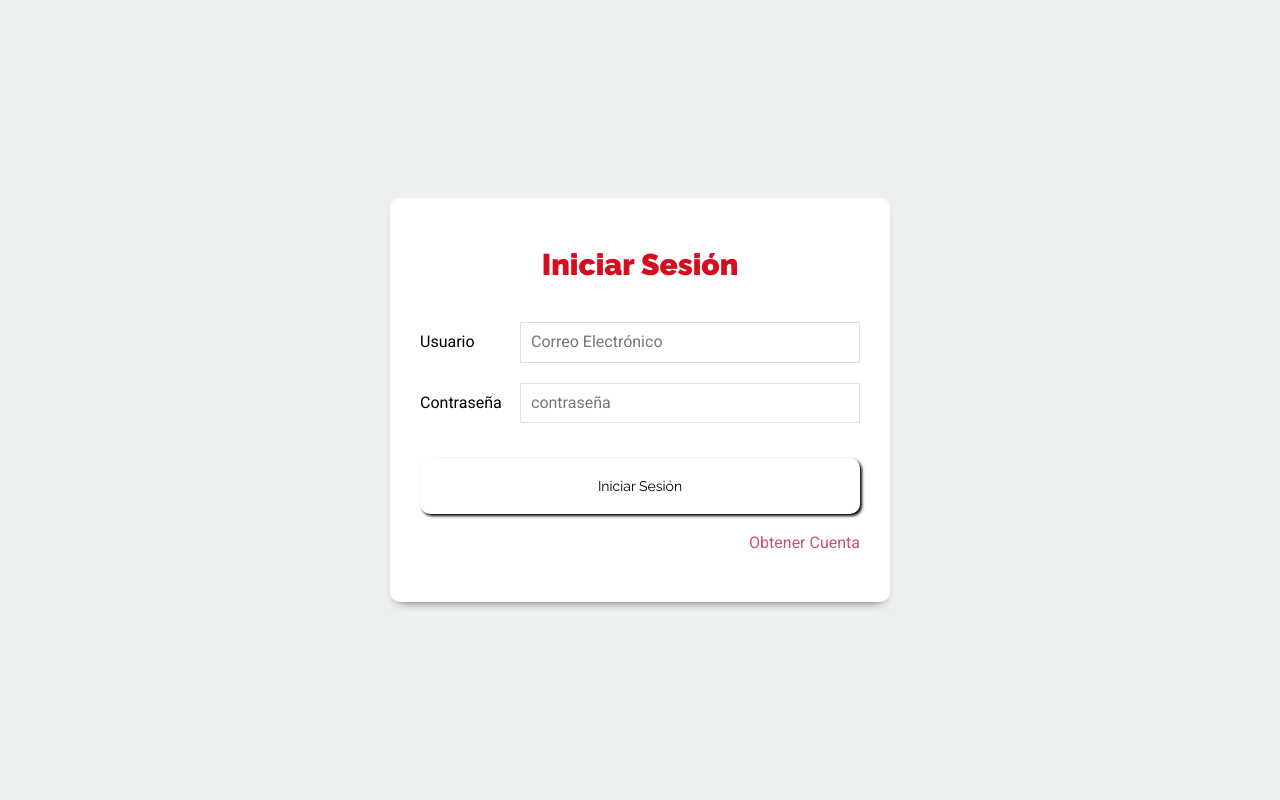
Repository: andrescovarrubias/admin-proyectos
Page: / (app in cliente/)
These files come from the project's save history. The page is drawn as it stood at one moment and after the next save; the edit follows.
The browser window is 1280 px wide. The pictures show the whole page.
The project was rebuilt for these pictures with package versions that can differ from the ones it lists, and the page was loaded fresh each time. Also part of the build but not shown: cliente/src/components/auth/NuevaCuenta.jsx, cliente/src/components/proyectos/NuevoProyecto.jsx, cliente/src/components/layout/SideBar.jsx, cliente/src/components/proyectos/Proyectos.jsx.

Above is the page before, as saved 2020-10-31 17:47:36.

### cliente/src/index.css
:root {
  --blanco: #ffffff;
  --blanco2: #fcf7ff;
  --blanco3: #ecf0f1;
  --azul1: #258ea6;
  --morado1: #4d376d;
  --morado2: #861657;
  --azul2: #1b065e;
  --azul3: #2e4052;
  --rojo: #d60d1e;
  --rojo2: #b8082c;
  --rojo3: #b91a2f;
  --headingFont: "Raleway", sans-serif;
  --textFont: "Roboto", sans-serif;
}
*,
*:before,
*:after {
  box-sizing: inherit;
}
html {
  box-sizing: border-box;
  height: 100%;
  font-size: 62.5%;
}
body {
  min-height: 100%;
  background-color: #ecf0f1;
  font-size: 16px;
  font-size: 1.6rem;
  font-family: var(--textFont);
}

h1,
h2 {
  font-family: var(--headingFont);
  font-weight: 900;
  margin: 0 0 4rem 0;
  text-align: center;
  color: var(--rojo);
}
h1 span {
  font-weight: 400;
}
h1 {
  font-size: 3rem;
}
h2 {
  font-size: 2.4rem;
}
ul {
  list-style: none;
  padding: 0;
  margin: 0;
}
a {
  text-decoration: none;
  color: var(--gris2);
}

/** BOTONES **/
.btn {
  margin-top: 2vh;
  font-family: var(--headingFont);
  padding: 20px;
  font-size: 14px;
  /* font-weight: bold; */
  border-radius: 10px;
  border: none;
  box-shadow: 2px 2px 3px 0px black;
  transition: background-color 0.3s ease;
}
.btn:hover {
  cursor: pointer;
}
.btn-primario {
  background-color: var(--blanco);
  color: black;
}
.btn-primario:hover {
  background: rgb(46, 46, 46);
  color: var(--blanco);
}
.btn-secundario {
  background-color: var(--rojo2);
}
.btn-block {
  display: block;
  width: 100%;
}
.btn-submit:hover {
  background-color: #b91a2f;
}
.btn-blank {
  margin: 0;
  padding: 0;
  display: block;
  background-color: transparent;
}

@media (min-width: 768px) {
  .contenedor-app {
    display: flex;
    min-height: 100vh;
  }

  aside {
    background-color: var(--blanco);
    flex: 0 0 300px;
  }
  .seccion-principal {
    flex: 1;
  }
}

/* BARRA LATERAL */
aside {
  padding: 3rem;
}

.formulario-nuevo-proyecto {
  margin-top: 6rem;
}
.formulario-nuevo-proyecto .input-text {
  border-bottom: 1px solid var(--gris2);
  border-radius: 0;
  background-color: var(--gris1);
}
.formulario-nuevo-proyecto .input-text::placeholder {
  color: var(--gris2);
}
.proyectos {
  margin-top: 5vh;
}
.listado-proyectos li {
  margin-bottom: 2rem;
}
.listado-proyectos li a {
  font-size: 1.4rem;
  color: var(--gris2);
  line-height: 1.5;
  font-weight: 300;
}
.app-header {
  display: flex;
  justify-content: space-between;
  background-color: var(--gris2);
  padding: 4rem;
}
.nombre-usuario {
  color: var(--blanco);
  font-size: 2.2rem;
  margin: 0;
}
.nombre-usuario span {
  font-weight: 900;
}
.nav-principal a {
  color: var(--blanco);
  text-decoration: none;
}
.nav-principal a:first-of-type {
  margin-right: 2rem;
}

/** Formulario crear y editar tareas **/
.formulario {
  background-color: var(--gris3);
  padding: 4rem;
}
.formulario form {
  max-width: 600px;
  margin: 0 auto;
}
.contenedor-input {
  display: flex;
}
.contenedor-input label {
  margin-bottom: 1rem;
  color: var(--blanco);
}
.input-text {
  padding: 1rem;
  border: none;
  border-radius: 0.5rem;
  flex: 1;
  width: 100%;
}

/** TAREAS LISTADO **/
.contenedor-tareas {
  padding: 4rem;
}

.listado-tareas {
  max-width: 600px;
  margin: 0 auto;
}

.tarea {
  display: flex;
  justify-content: space-between;
  background-color: var(--blanco);
  padding: 0.5rem 2rem;
  align-items: center;
  margin-bottom: 1rem;
  border-radius: 0.5rem;
}
.sombra {
  -webkit-box-shadow: 0px 4px 10px -3px rgba(117, 117, 117, 1);
  -moz-box-shadow: 0px 4px 10px -3px rgba(117, 117, 117, 1);
  box-shadow: 0px 4px 10px -3px rgba(117, 117, 117, 1);
}
.sombra-dark {
  -webkit-box-shadow: 0px 6px 11px -8px rgba(0, 0, 0, 0.9);
  -moz-box-shadow: 0px 6px 11px -8px rgba(0, 0, 0, 0.9);
  box-shadow: 0px 6px 11px -8px rgba(0, 0, 0, 0.9);
}
.tarea .acciones .btn:first-of-type {
  margin-right: 1rem;
}
.tarea p {
  font-size: 1.6rem;
  flex: 1;
  padding-right: 2rem;
}
.tarea .btn {
  padding: 0.8rem;
  font-size: 1.4rem;
  border-radius: 0;
  margin: 0;
}

.estado {
  margin-right: 1rem;
}
.estado button,
.mensaje {
  font-weight: 900;
  font-family: var(--textFont);
  font-size: 1rem;
  padding: 0.5rem;
  border-radius: 0.5rem;
  cursor: pointer;
  border: none;
}
.mensaje {
  text-align: center;
  font-size: 1.6rem;
  border-radius: 0;
}
.mensaje:hover {
  cursor: default;
}
.completo,
.correcto {
  background-color: rgba(154, 252, 154, 0.3);
  color: var(--gris3);
}
.incompleto {
  background-color: rgba(255, 178, 178, 0.4);
  color: var(--gris3);
}
.error {
  max-width: 600px;
  margin: 2rem auto 0 auto;
  background-color: rgb(170, 0, 0);
  color: var(--blanco);
}

.tarea-enter,
.proyecto-enter {
  opacity: 0;
}
.tarea-enter-active,
.proyecto-enter-active {
  opacity: 1;
  transition: opacity 200ms;
}
.tarea-exit,
.proyecto-exit {
  opacity: 1;
}
.tarea-exit-active,
.proyecto-exit-active {
  opacity: 0;
  transition: opacity 200ms;
}

.form-usuario {
  height: 100vh;
  min-height: 800px;
  display: flex;
  align-items: center;
  justify-content: center;
}

.contenedor-form {
  padding: 5rem 3rem;
  max-width: 500px;
  width: 95%;
  background-color: var(--blanco);
  border-radius: 1rem;
}
.contenedor-form h1 {
  color: var(--rojo);
}

.campo-form {
  display: flex;
  margin-bottom: 2rem;
  align-items: center;
}
.campo-form:last-of-type {
  margin: 0;
}
.campo-form label {
  flex: 0 0 100px;
  font-family: var(--textFont);
}
.campo-form input[type="password"],
.campo-form input[type="email"],
.campo-form input[type="text"] {
  border: 1px solid #e1e1e1;
  padding: 1rem;
  flex: 1;
}

.enlace-cuenta {
  margin-top: 2rem;
  display: block;
  opacity: 0.7;
  float: right;
  color: var(--rojo2);
}
.enlace-cuenta:hover {
  text-decoration: underline var(--rojo);
}

.alerta {
  position: fixed;
  top: 0;
  left: 0;
  padding: 1rem 3rem;
  border-radius: 1rem;
  font-family: var(--headingFont);
  font-weight: 600;
  text-transform: uppercase;
  font-size: 2.2rem;
  text-align: center;
  width: 100%;
}
@media (min-width: 768px) {
  .alerta {
    width: auto;
    top: 30px;
    right: 10px;
    left: auto;
  }
}

.alerta-ok {
  background-color: rgb(109, 211, 109);
  color: rgb(2, 103, 2);
}
.alerta-error {
  background-color: rgb(230, 78, 78);
  color: var(--blanco);
}

### cliente/src/App.js
import React, {Fragment, useState, useEffect, useContext} from 'react';
import Login from './components/auth/Login';
import NuevaCuenta from './components/auth/NuevaCuenta';
import Proyectos from './components/proyectos/Proyectos';

import {BrowserRouter as Router, Switch, Route} from 'react-router-dom';


function App() {
  return (
    <Router>
      <Switch>
        <Route exact path='/' component = {Login} />
        <Route exact path='/nueva-cuenta' component = {NuevaCuenta} />
        <Route exact path='/proyectos' component = {Proyectos} />
      </Switch>
    </Router>
  );
}

export default App;

### cliente/src/components/auth/Login.jsx
import React, { useState } from 'react';
import {Link} from 'react-router-dom';


const Login = () => {

     // state para iniciar sesion
     const [usuario, guardarUsuario] = useState ({
          email:'',
          password:''
     });

     // extraer el usuario
     const {email, password} = usuario;

     const onChange = e => {
          guardarUsuario({
               ...usuario,
               [e.target.name] : e.target.value
          })
     }


     // cuando el usuario quiere iniciar sesion
     const onSubmit = e => {
          e.preventDefault();

          // validar que no haya campos vacios

          // contraseña minimo de 6 caracteres

          // contraseña iguales

          // pasarlo al action

     }

     return (
          <div className="form-usuario">
               <div className="contenedor-form sombra-dark">
                    <h1>Iniciar Sesión</h1>
                    <form
                         onSubmit = {onSubmit}
                    >
                         <div className="campo-form">
                              <label htmlFor="email">Usuario</label>
                              <input
                                   type="email"
                                   id="email"
                                   name="email"
                                   placeholder="Correo Electrónico"
                                   autocomplete="off"
                                   required
                                   value={email}
                                   onChange={onChange}
                              />
                         </div>
                         <div className="campo-form">
                              <label htmlFor="password">Contraseña</label>
                              <input
                                   type="password"
                                   id="password"
                                   name="password"
                                   placeholder="contraseña"
                                   autocomplete="off"
                                   value={password}
                                   required
                                   onChange={onChange}
                              />
                         </div>

                         <div className="campo-form">
                              <input type="submit" className=" btn btn-primario btn-block" value="Iniciar Sesión"/>
                         </div>
                    </form>
                    <Link to={'/nueva-cuenta'} className="enlace-cuenta">
                         Obtener Cuenta
                    </Link>
               </div>
          </div>
      );
}

export default Login;

Loaded but not shown: cliente/public/index.html (common file); cliente/src/index.js (common file); cliente/src/reportWebVitals.js (common file)

After the next save:
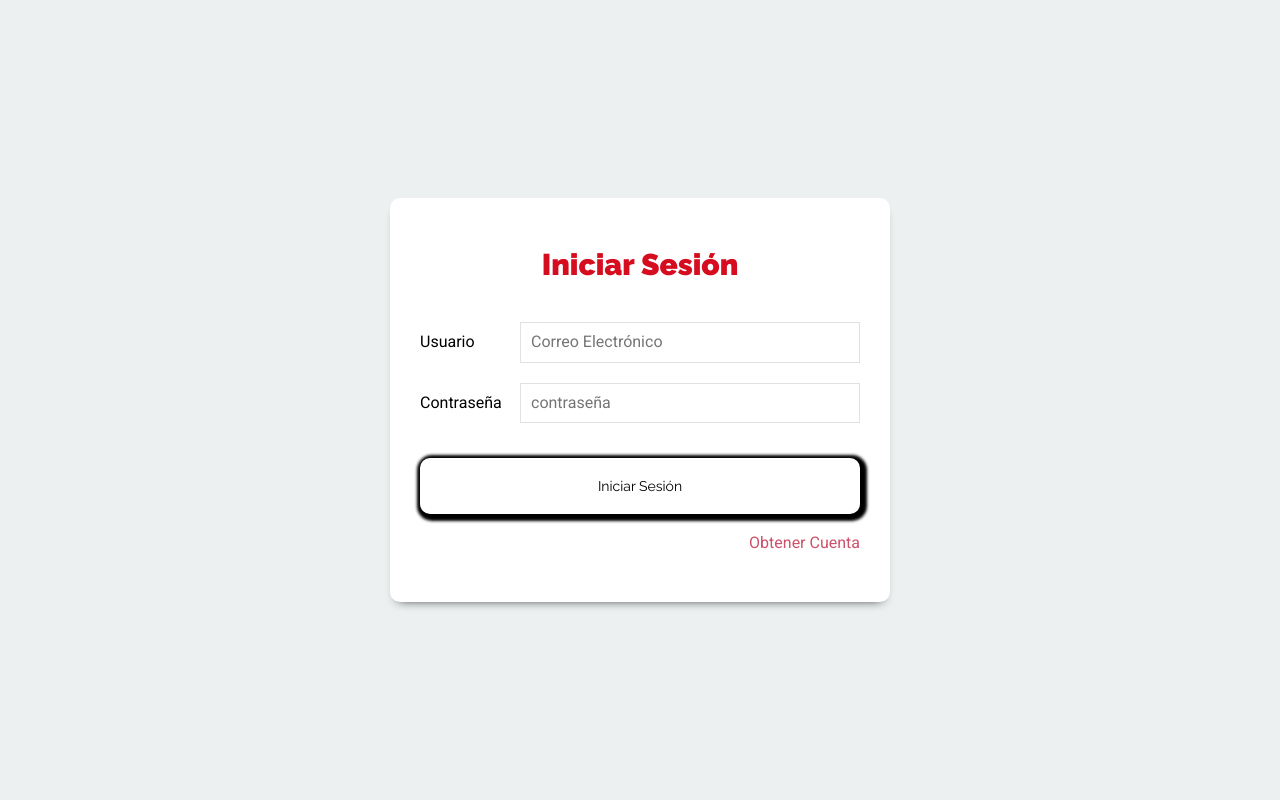
Saved 5 s later.
--- a/cliente/src/index.css
+++ b/cliente/src/index.css
@@ -67,7 +67,7 @@ a {
   /* font-weight: bold; */
   border-radius: 10px;
   border: none;
-  box-shadow: 2px 2px 3px 0px black;
+  box-shadow: 2px 2px 3px 5px black;
   transition: background-color 0.3s ease;
 }
 .btn:hover {
